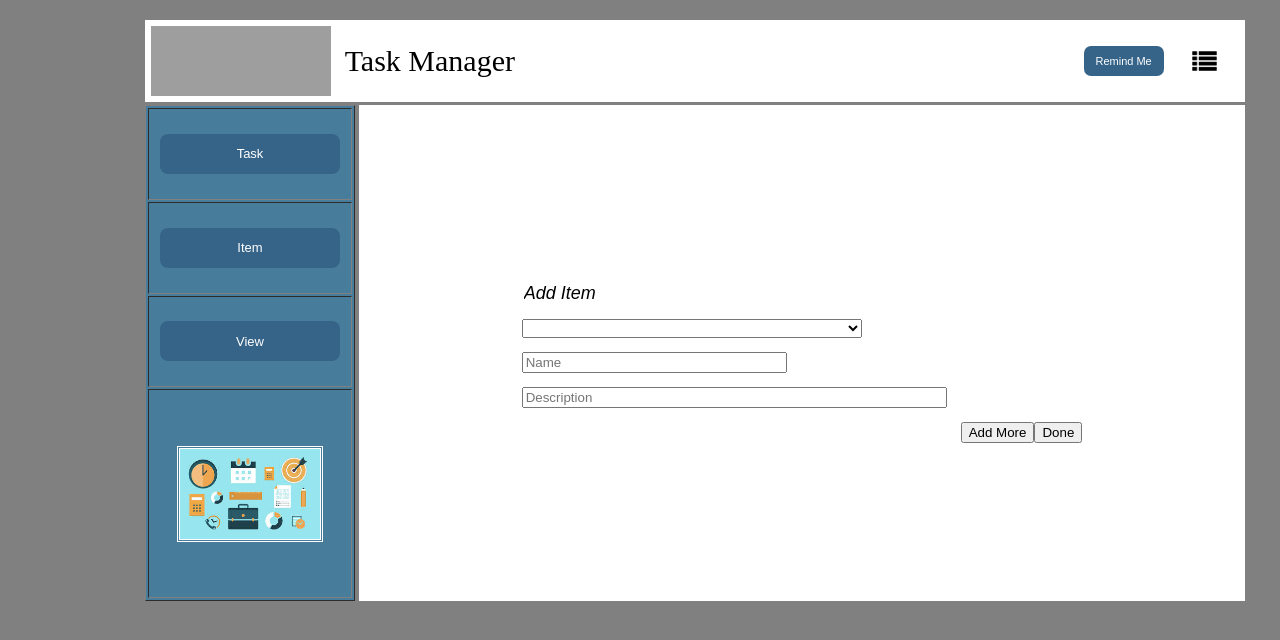
Repository: SnehaSalvi/TaskManagerProject
Page: http://localhost/TaskManagerChecklist/AddItem.jsp
An editor plug-in stored every save of this project. The page is shown before and after the next save, followed by the edit.
The browser window is 1280 px wide. The pictures show the whole page.
Pictures or frames that could not be fetched are drawn as grey boxes. The page is served by Tomcat 9. Other server files are loaded and not shown.

Above is the page before, as saved 2016-10-14 10:37:12.

### TaskManagerChecklist/WebContent/AddItem.jsp
<%@ page language="java" contentType="text/html; charset=ISO-8859-1"
    pageEncoding="ISO-8859-1"%>
<!DOCTYPE html PUBLIC "-//W3C//DTD HTML 4.01 Transitional//EN" "http://www.w3.org/TR/html4/loose.dtd">
<html>
<head>
<meta http-equiv="Content-Type" content="text/html; charset=ISO-8859-1">
<title>Insert title here</title>
<link href="home.css" type="text/css" rel="stylesheet"/>
</head>
<body>
<form>
	<table id="table1">
		<tr>
			<td id="td1">
				<img id="banner" src="images/banner.jpg"/>
			</td>
			<td id="td_blank">
			</td>
			<td id="td2">
				Task Manager
			</td>
			<td id="td3" align="center">
				<input type="button" name="remind" id="button1" value="Remind Me"/>
			</td>
			<td id="td4" align="center">
				<img id="list" src="images/list.png"/>
			</td>
		</tr>
	</table>
	<table></table>
	<table>
		<tr>
			<td>
				<table id="table2" border="1">
					<tr>
						<td id="#td5" align="center">
							<input type="button" name="task" id="button2" value="Task" onclick="location.href='AddTask.jsp';"/>
						</td>
					</tr>
					<tr>
						<td align="center">
							<input type="button" name="item" id="button2" value="Item"/>
						</td>
					</tr>
					<tr>
						<td align="center">
							<input type="button" name="view" id="button2" value="View"/>
						</td>
					</tr>
					<tr>
						<td rowspan="7" align="center">
							<img id="img1" src="images/menu.jpg"/>
						</td>
					</tr>
				</table>
			</td>
			<td>
				<table id="table3">
					<tr>
						<td id="#td6">&nbsp;&nbsp;&nbsp;&nbsp;
							<table align="center" cellspacing="6" cellpadding="4">
								<tr>
									<td colspan="2">
										<input type="label" id="font1" name="label" value="Add Item" required="required"/>
									</td>
									<td>&nbsp;</td>
								</tr>
								<tr>
									<td colspan="2">
										<select id="select1" name="taskname" placeholder="select the task" value="task" required="required">
										</select>
									</td>
									<td>&nbsp;</td>
								</tr>
								<tr>
									<td colspan="2">
										<input type="text" name="itemname" size="30" placeholder="Name" required="required"/>
									</td>
									<td>&nbsp;</td>
								</tr>

								<tr>
									<td colspan="2">
										<input type="text" name="description" placeholder="Description" size="50" required="required"/>
									</td>
									<td>&nbsp;</td>
								</tr>
								<tr>
									<td colspan="2">

									</td>
									<td>
										<input type="submit" name="addmore" value="Add More"/><input type="submit" name="done" value="Done"/>
									</td>
								</tr>
							</table>
						</td>
					</tr>
				</table>
			</td>
		</tr>
	</table>
</form>
</body>
</html>

### TaskManagerChecklist/WebContent/home.css
body
{
	background-position: center;
	background-color:gray;
	margin-left: 140px;
	margin-top: 20px;
	margin-right: 120px;
	margin-bottom: 20px;
	background-repeat: no-repeat;
}
#table1
{
	margin-left:5px;
	background-color:white;
	background-position: center;
	height: 76px;
	width:1100px;

}
#table2
{
	margin-left:2px;
	background-color:#477d9a;
	background-position: center;
	height: 496px;
	width:210px;


}
#table3
{
	background-color:white;
	background-position: center;
	height: 496px;
	width:886px;

}
#table4
{

	background-position: center;
	height: 497px;
	width:1100px;
}
#table5
{
	width:200px;
}
img
{
	border-style:double;
	border-color: white;
}
tr
{

}
#div1
{
	width: 600px;
	height: 400px;
}
#td1
{
	width:185px;
	height:75px;
	background-color:
}
#td2
{
	width:735px;
	height:75px;
	font-family: serif;
	font-size: 30px;
	font-style: inherit;

}
#td3
{
	width:80px;
	height:75px;
}
#td4
{
	width:30x;
	height:75px;
}
#td_blank
{
	width:100x;
	height:75px;
}

#td6
{
	width:1050x;
	height:495px;


}
#banner
{

	width: 180px;
	height: 70px;
}
#list
{

	width: 25px;
	height: 20px;
}
#select1
{
	width:340px;
}
#img1
{

	width: 140px;
	height: 90px;
}
#button1
{
    height: 30px;
    width: 80px;
    border-radius: 7px;
    border: 1px solid #000;
    font-family: sans-serif;
    background-color:#366489;
    color:white;
    font-size: 11px;
    border: 0;
}
#button2
{
    height: 40px;
    width: 180px;
    border-radius: 8px;
    border: 1px solid #000;
    font-family:sans-serif;
    font-size: 13px;
   background-color:#366489;
   color:white;
    border: 0;
}
#label1
{
	color:red;
	font-size: 10px;
	border: none;
}
#font1
{

	font-style:italic;

	font-size: 18px;
	border: none;


}
#label2
{
	border: none;

}
#div3
{
	width: 510px;
	height: 350px;
}

After the next save:
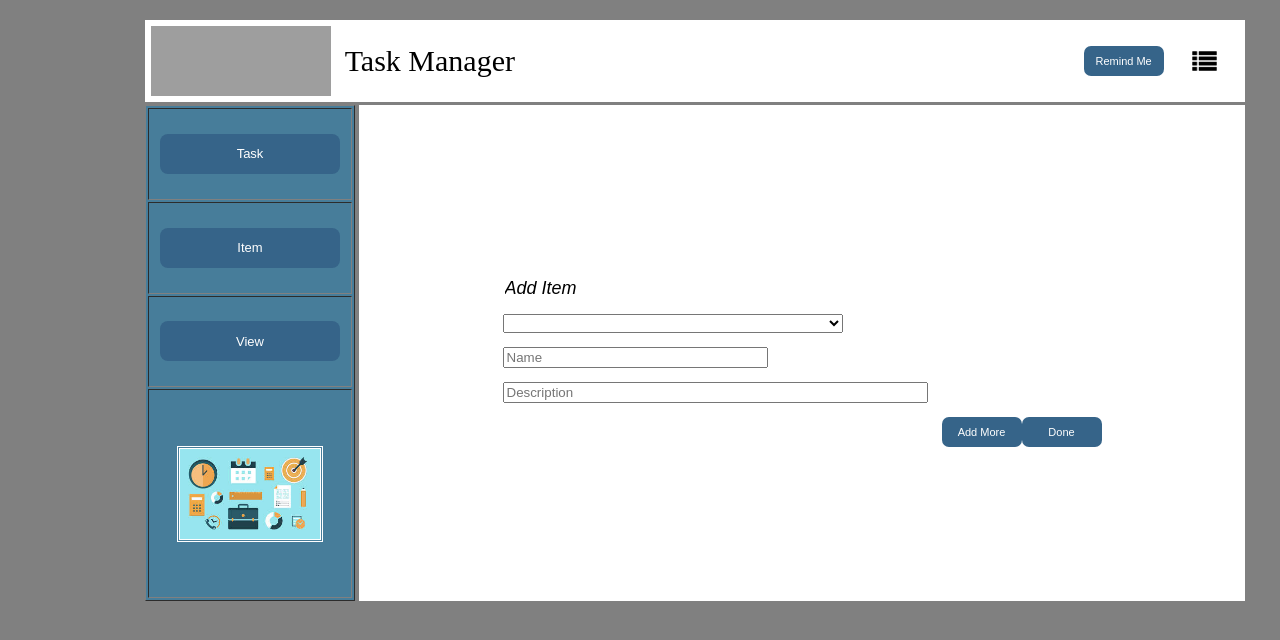
Saved 60 s later.
--- a/TaskManagerChecklist/WebContent/AddItem.jsp
+++ b/TaskManagerChecklist/WebContent/AddItem.jsp
@@ -90,7 +90,7 @@
 
 									</td>
 									<td>
-										<input type="submit" name="addmore" value="Add More"/><input type="submit" name="done" value="Done"/>
+										<input type="submit" id="button1" name="addmore" value="Add More"/><input id="button1" type="submit" name="done" value="Done"/>
 									</td>
 								</tr>
 							</table>
